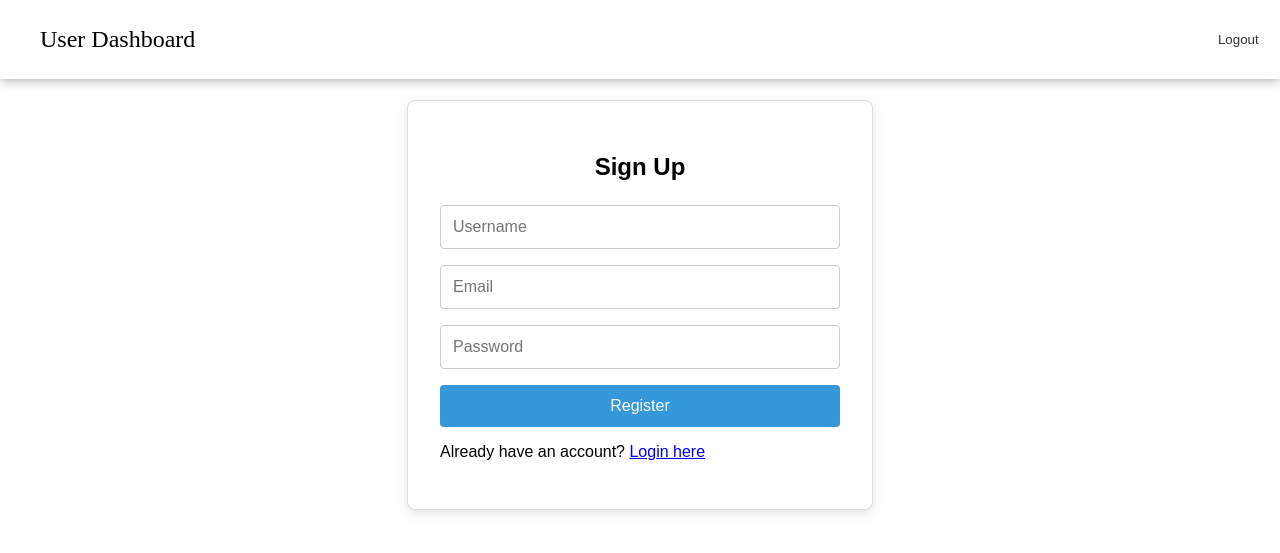
Repository: Edmund-Kiama/todoPHP
Page: /signup (app in task-manager-frontend/)
An editor plug-in stored every save of this project. The page is shown before and after the next save, followed by the edit.
The browser window is 1280 px wide. The pictures show the whole page.
The project was rebuilt for these pictures with package versions that can differ from the ones it lists, and the page was loaded fresh each time. Also part of the build but not shown: task-manager-frontend/vite.config.js, task-manager-frontend/src/components/Auth/login.css, task-manager-frontend/src/components/Auth/Login.vue, task-manager-frontend/src/components/Admin/admin.css, task-manager-frontend/src/components/Admin/AdminDashboard.vue, task-manager-frontend/src/components/User/user.css, task-manager-frontend/src/components/User/UserDashboard.vue.

Above is the page before, as saved 2025-07-12 22:49:30.

### task-manager-frontend/src/App.vue
<script setup>
  import Navbar from './components/Navbar/Navbar.vue';
  import { store } from './store';
</script>

<template>
  <Navbar />
  <router-view />
</template>

### task-manager-frontend/src/router/index.js
import { createRouter, createWebHistory } from 'vue-router';
import Login from '../components/Auth/Login.vue';
import AdminDashboard from '../components/Admin/AdminDashboard.vue';
import UserDashboard from '../components/User/UserDashboard.vue';
import Signup from '../components/Auth/Signup.vue';

const routes = [
  { path: '/', name: 'Login', component: Login },
  { path: '/signup', name: 'Signup', component: Signup },
  { path: '/admin', name: 'AdminDashboard', component: AdminDashboard },
  { path: '/user', name: 'UserDashboard', component: UserDashboard }
];

const router = createRouter({
  history: createWebHistory(),
  routes
});

export default router;

### task-manager-frontend/src/components/Navbar/Navbar.vue

<template>
  <nav v-if="store.user.loggedIn" class="navbar">
    <ul>
      <li v-if="user.role === 'admin'">Admin Dashboard</li>
      <li v-if="user.role === 'user'">User Dashboard</li>
      <li><button @click="logout">Logout</button></li>
    </ul>
  </nav>
</template>

<script setup>
  import "./nav.css"
  import { store } from '../../store'
  import { useRouter } from 'vue-router'

  const router = useRouter()

  const user = store.user
  if (!user.loggedIn) router.push('/')

  function logout() {
    store.user.role = null
    store.user.loggedIn = false
    localStorage.removeItem('token')
    router.push('/')
  }
</script>

### task-manager-frontend/src/store.js
import { reactive } from 'vue'

export const store = reactive({
  user: {
    role: "user",
    loggedIn: true,
    username: "Nick"
  },
})

### task-manager-frontend/src/components/Auth/Signup.vue
<script setup>
    import './signup.css';
    import { ref } from 'vue';
    import { useRouter } from 'vue-router';

    const router = useRouter();
    const name = ref('');
    const email = ref('');
    const password = ref('');
    const error = ref('');

    const getStoredUsers = () => {
    const saved = localStorage.getItem('users');
    return saved ? JSON.parse(saved) : [];
    };

    const saveUsers = (users) => {
    localStorage.setItem('users', JSON.stringify(users));
    };

    const signup = () => {
    const users = getStoredUsers();
    const exists = users.find(u => u.email === email.value);

    if (exists) {
        error.value = 'Email already registered';
        return;
    }

    users.push({
        name: name.value,
        email: email.value,
        password: password.value,
        role: 'user'
    });

    saveUsers(users);
    alert('Signup successful!');
    router.push('/');
    };
</script>
<template>
    <div class="signup-container">
    <h2>Sign Up</h2>
    <form @submit.prevent="signup">
        <input v-model="name" placeholder="Username" required />
        <input v-model="email" type="email" placeholder="Email" required />
        <input v-model="password" type="password" placeholder="Password" required />
        <button>Register</button>
        <p v-if="error" class="error">{{ error }}</p>

        <p class="toggle">
        Already have an account?
        <router-link to="/">Login here</router-link>
        </p>
    </form>
    </div>
</template>

### task-manager-frontend/src/components/Navbar/nav.css
.navbar {
    background-color: white;
    margin: 0;
    padding: 0;
    position: fixed;
    box-shadow: 0 2px 10px rgba(0, 0, 0, 0.3);
    width: 100%;
    top: 0;
    left: 0;
    right: 0;
}
.navbar ul {
    display: flex;
    justify-content: space-between;
    align-items: center;
    gap: 1rem;
    list-style: none;
    font-size: 1.5em;
}
.navbar ul li {
    display: flex;
    align-items: center;
}
.navbar button {
    text-decoration: none;
    background: none;
    border: none;
    padding: 0.5rem;
    border-radius: 5px;
    color: #333;
    transition: all;
    transition-duration: 300ms;
    cursor: pointer;
    margin-right: 1em;
}
.navbar button:hover {
    background-color:  #3498db;
    color: white;
}

### task-manager-frontend/src/components/Auth/signup.css
.signup-container {
    max-width: 400px;
    margin: 100px auto;
    padding: 2rem;
    border: 1px solid #ddd;
    border-radius: 8px;
    background-color: #fff;
    box-shadow: 0 4px 12px rgba(0,0,0,0.1);
    font-family: Arial, sans-serif;
}

.signup-container h2 {
    text-align: center;
    margin-bottom: 1.5rem;
}

.signup-container form {
    display: flex;
    flex-direction: column;
}

.signup-container input {
    padding: 0.75rem;
    margin-bottom: 1rem;
    border: 1px solid #ccc;
    border-radius: 4px;
    font-size: 1rem;
}

.signup-container button {
    padding: 0.75rem;
    background-color: #3498db;
    color: white;
    font-size: 1rem;
    border: none;
    border-radius: 4px;
    cursor: pointer;
}

.signup-container button:hover {
    background-color: #2980b9;
}

.signup-container .error {
    color: red;
    text-align: center;
    margin-top: 1rem;
}
.signup-container .togle {
    text-align: center;
}

Loaded but not shown: task-manager-frontend/index.html (common file); task-manager-frontend/src/main.js (common file)

After the next save:
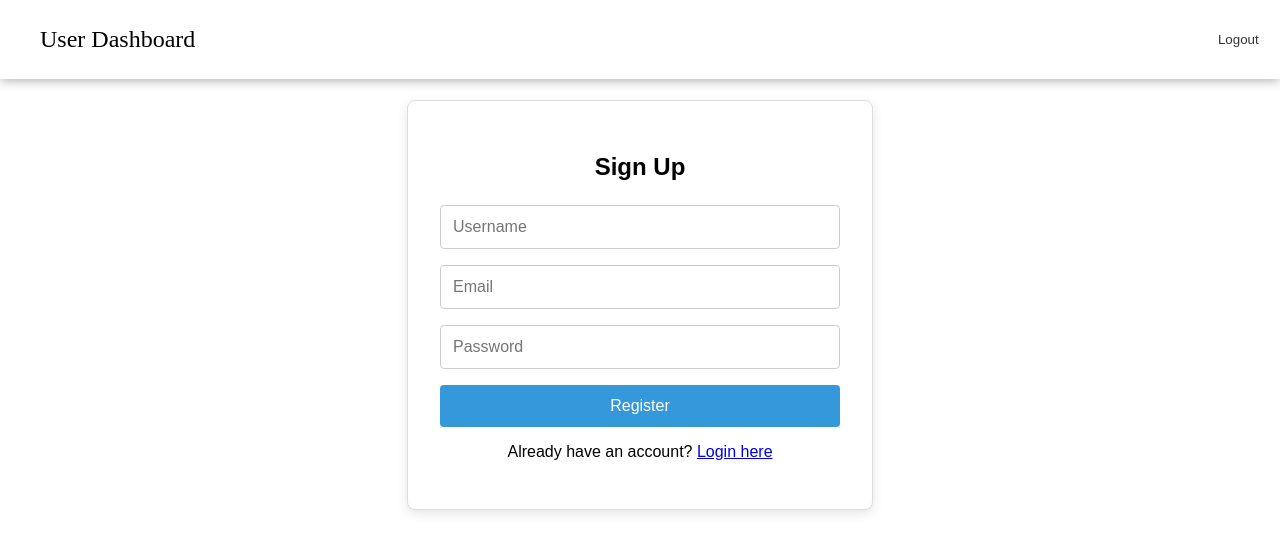
Saved 4 s later.
--- a/task-manager-frontend/src/components/Auth/signup.css
+++ b/task-manager-frontend/src/components/Auth/signup.css
@@ -46,6 +46,6 @@
     text-align: center;
     margin-top: 1rem;
 }
-.signup-container .togle {
+.signup-container .toggle {
     text-align: center;
 }
